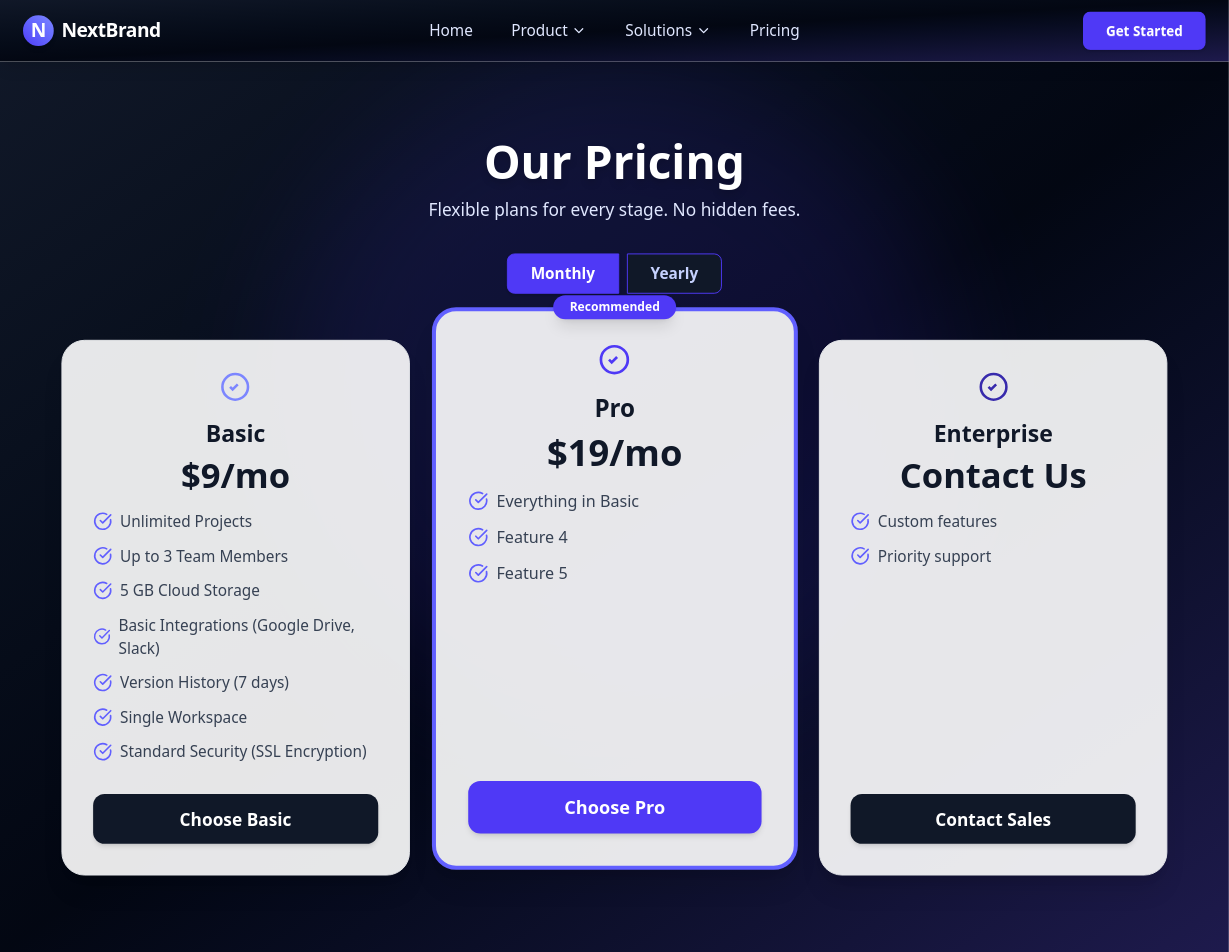
Repository: Chiranshukapil/Next_Brand
Page: /pricing
The author's editor kept a copy of each file at every save. The page is drawn from the files as they stood at one save, then again after the next save.
The browser window is 1280 px wide. The pictures show the whole page, at 96% of full size.
The project was rebuilt for these pictures with package versions that can differ from the ones it lists, and the page was loaded fresh each time. Also part of the build but not shown: vite.config.js.

Above is the page before, as saved 2025-06-18 11:58:59.

After the next save:
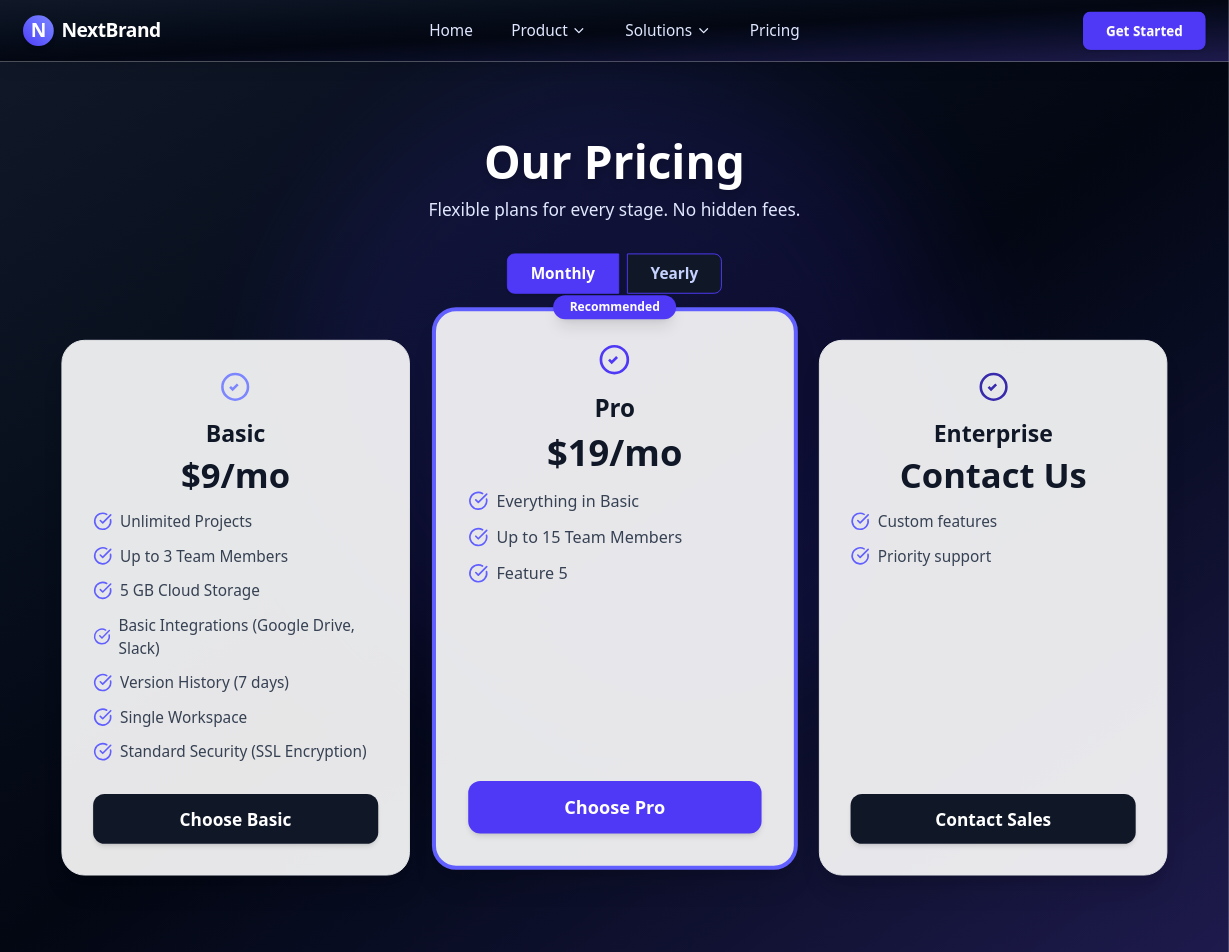
Saved 35 s later.
--- a/src/Components/PricingSection.jsx
+++ b/src/Components/PricingSection.jsx
@@ -17,7 +17,7 @@ const plans = [
     icon: <svg className="w-8 h-8 text-indigo-600" fill="none" stroke="currentColor" strokeWidth="2" viewBox="0 0 24 24"><circle cx="12" cy="12" r="10"/><path d="M8 12l2 2 4-4"/></svg>,
     monthly: 19,
     yearly: 190,
-    features: ["Everything in Basic", "Feature 4", "Feature 5"],
+    features: ["Everything in Basic", "Up to 15 Team Members", "Feature 5"],
     recommended: true,
   },
   {
